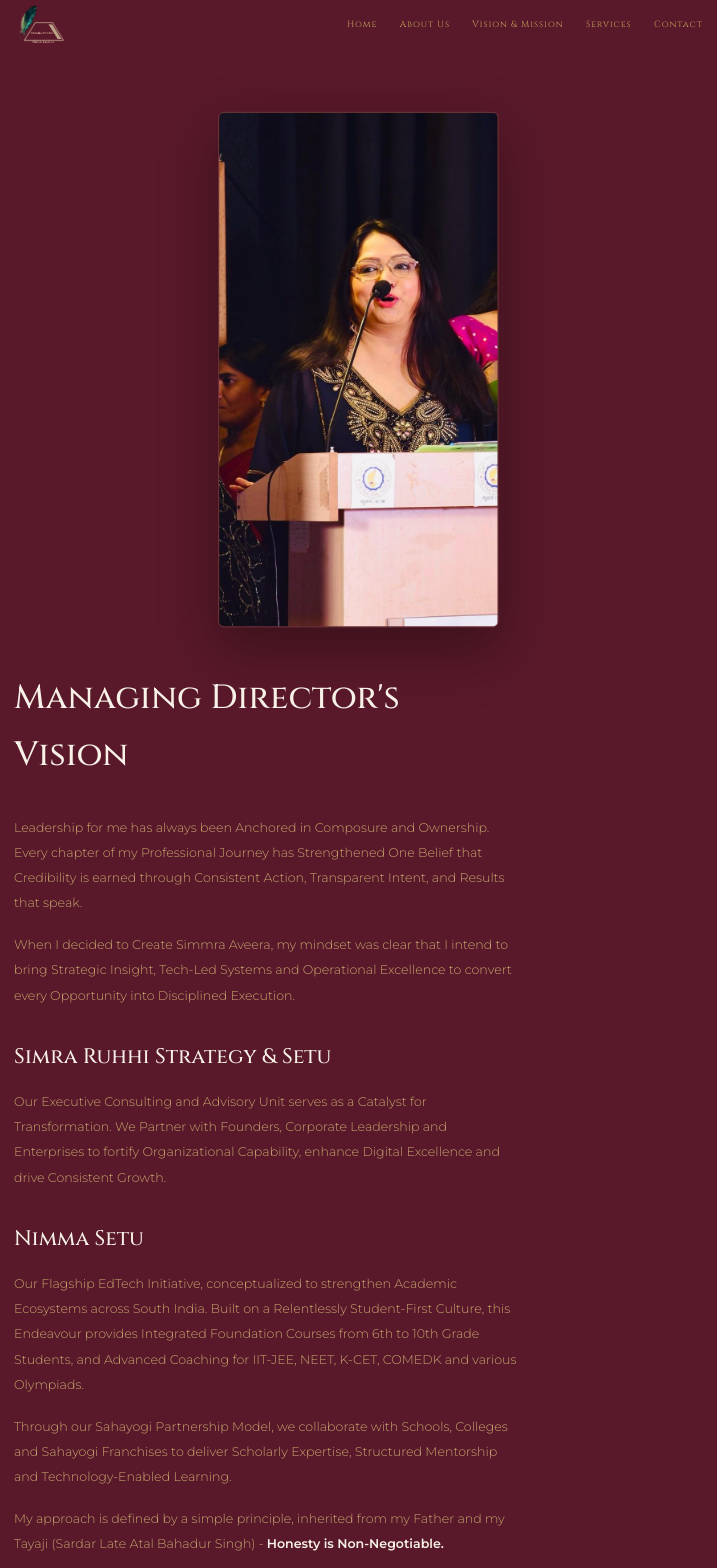
Repository: Tanishqontop/simmraaveeraweb
Page: vision-mission.html
The author's editor kept a copy of each file at every save. The page is drawn from the files as they stood at one save, then again after the next save.
The browser window is 1024 px wide. The pictures show the part of the page from y = 0 to 2240 px (the page is 2727 px tall before and 2471 px after), at 70% of full size.

Above is the page before, as saved 2026-07-20 09:52:36.

After the next save:
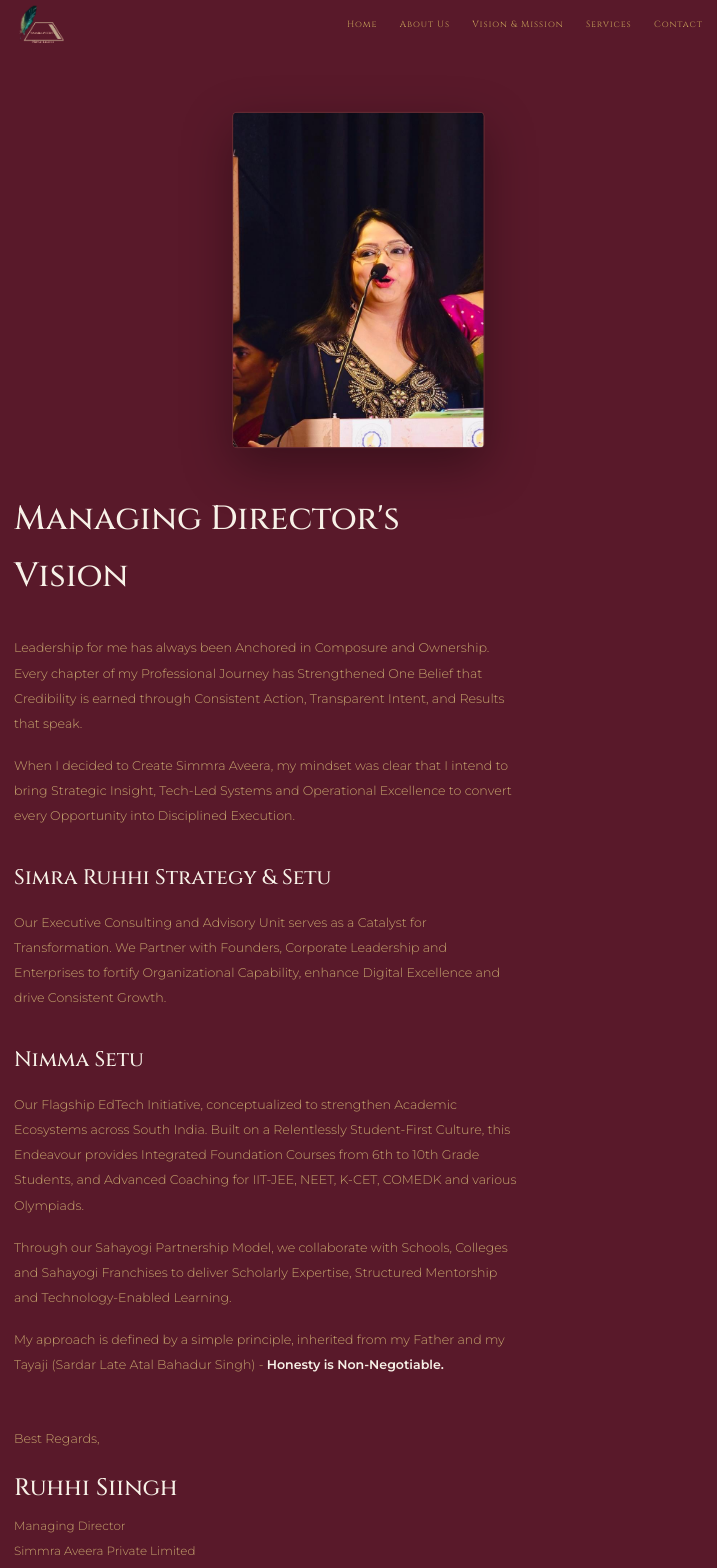
Saved 108 s later.
--- a/styles.css
+++ b/styles.css
@@ -891,7 +891,14 @@
 
     .vision-image img{
 
-        max-width:400px;
+        width:100%;
+    max-width:360px;
+    aspect-ratio:3/4;
+    object-fit:cover;
+    object-position:center top;
+    border-radius:6px;
+    border:1px solid rgba(197,164,109,.25);
+    box-shadow:0 25px 70px rgba(0,0,0,.35);
 
     }
 
